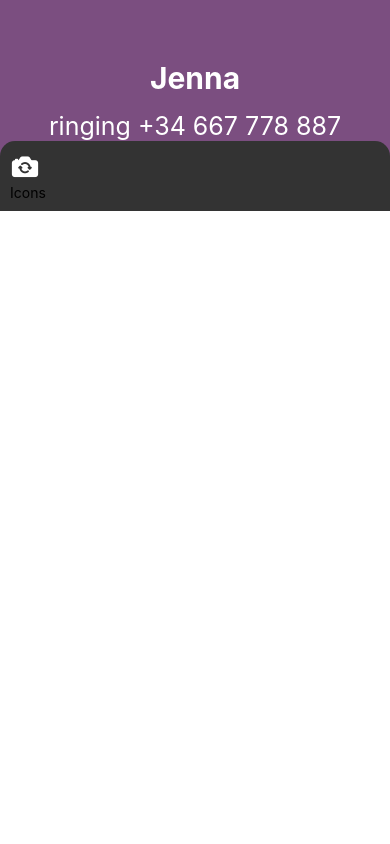
Repository: JennaFi/VideoCallApp
Screen: /
These files come from the project's save history. The screen is drawn as it stood at one moment and after the next save; the edit follows.
The app was drawn by React Native's web renderer in a window 390 px wide. The project was rebuilt for these pictures with package versions that can differ from the ones it lists, and the page was loaded fresh each time.

Above is the screen before, as saved 2022-01-12 00:11:58.

### App.js
/**
 * Sample React Native App
 * https://github.com/facebook/react-native
 *
 * @format
 * @flow strict-local
 */


import React from 'react';
import {
  SafeAreaView, StatusBar
} from 'react-native';
import CallingScreen from './src/screens/CallingScreen/index';




const App = () => {


  return (
    <SafeAreaView >
      <StatusBar barStyle={'dark-content'} />

      {/* <ContactsScreen /> */}
      <CallingScreen />

    </SafeAreaView>
  )
}



export default App

### src/screens/CallingScreen/index.js
import React from 'react'
import { StyleSheet, Text, View } from 'react-native'
import Ionicons from 'react-native-vector-icons/Ionicons'

const CallingScreen = () => {
  return (
    <View style={styles.page}>
      <View style={styles.cameraPreview}>
        <Text style={styles.name}>Jenna</Text>
        <Text style={styles.phoneNumber}>ringing +34 667 778 887</Text>
      </View>
      <View style={styles.buttonsContainer}>
        <Ionicons name='ios-camera-reverse' size={30} color={'white'} />
        <Text>Icons</Text>
      </View>


    </View>)
}



const styles = StyleSheet.create({
  page: {
    height: '100%',
    backgroundColor: '#7b4e80',

  },
  cameraPreview: {

    flex: 1,
    alignItems: 'center',
    paddingTop: 10,
    paddingHorizontal: 10


  },
  name: {
    fontSize: 30,
    fontWeight: 'bold',
    color: 'white',
    marginTop: 50,
    marginBottom: 15


  },
  phoneNumber: {
    fontSize: 25,
    color: 'white'

  },
  buttonsContainer: {

    backgroundColor: '#333333',
    padding: 10,
    borderTopLeftRadius: 15,
    borderTopRightRadius: 15,


  }
})

export default CallingScreen

After the next save:
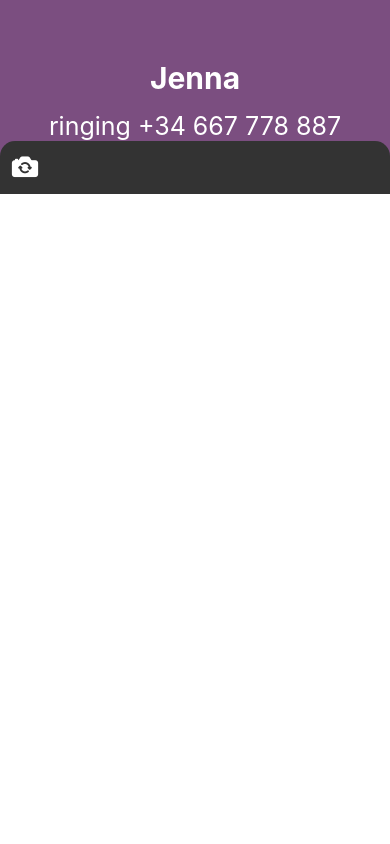
Saved 41 s later.
--- a/src/screens/CallingScreen/index.js
+++ b/src/screens/CallingScreen/index.js
@@ -10,8 +10,11 @@ const CallingScreen = () => {
         <Text style={styles.phoneNumber}>ringing +34 667 778 887</Text>
       </View>
       <View style={styles.buttonsContainer}>
-        <Ionicons name='ios-camera-reverse' size={30} color={'white'} />
-        <Text>Icons</Text>
+        <View>
+          <Ionicons name='ios-camera-reverse' size={30} color={'white'} />
+
+        </View>
+
       </View>
 
 
